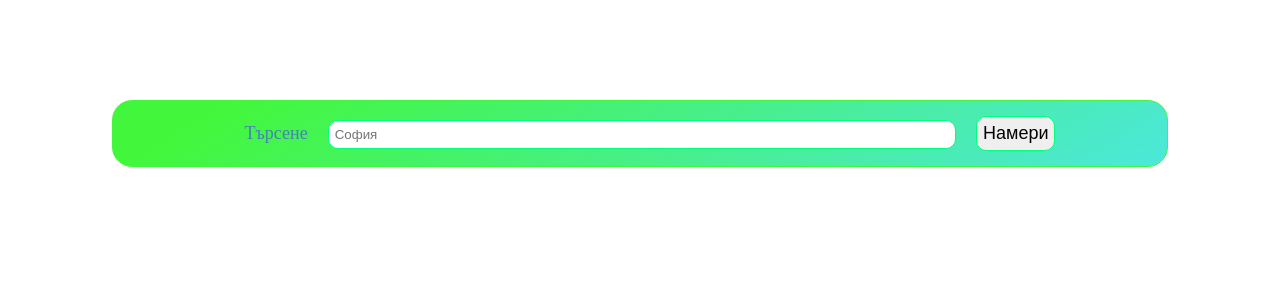
Repository: GeryZlatev/address-search
Page: /
An editor plug-in stored every save of this project. The page is shown before and after the next save, followed by the edit.
The browser window is 1280 px wide. The pictures show the whole page.
The project was rebuilt for these pictures with package versions that can differ from the ones it lists, and the page was loaded fresh each time.

Above is the page before, as saved 2021-04-09 20:15:48.

### src/index.css
body {
margin: 100px auto;
}

code {
  font-family: source-code-pro, Menlo, Monaco, Consolas, 'Courier New',
    monospace;
}

### src/App.js

import './App.css';
import SearchBar from './components/SearchBar';

function App() {
  return (
    <div className="App">
      <SearchBar/>
    </div>
  );
}

export default App;

### src/components/SearchBar/SearchBar.js
import style from './SearchBar.module.css';

const SearchBar = () => {

    return (
        <div className={style["searchbar-wrapper"]}>
            <form className={style["search-form"]}>
                <label htmlFor="search">
                    Търсене
                </label>
                    <input
                    type="text"
                    autoComplete="true"
                    placeholder="София"
                    name="search"
                    id="search"
                    />

                <input
                    type="submit"
                    value="Намери"
                />
            </form>
        </div>
    )

}

export default SearchBar;

### src/components/SearchBar/SearchBar.module.css
.searchbar-wrapper {
    max-width: 80%;
    margin: 40px auto;
    padding: 15px;
    /* display: flex;
    justify-content: space-between; */
    background: rgb(66,247,59);
    background: linear-gradient(148deg, rgba(66,247,59,1) 10%, rgba(76,232,217,1) 99%);
    border: 1px solid #42f73b;
    border-radius: 20px;

}

.search-form {
    max-width: 100%;
}

.search-form label {
    min-width: 600px;
    margin: 20px;
    font-size: large;
    font-weight: 400;
    cursor: pointer;
    color: steelblue;

}

.search-form input[type="text"] {
    min-width: 30%;
    width: 60%;
    min-height: 10%;
    margin-right: 20px;
    padding: 6px;
    outline:springgreen;
    border: 1px solid springgreen;
    border-radius: 10px;
}

.search-form input[type="submit"] {
    font-size: large;
    font-weight: 100;
    padding: 6px;
    border: 1px solid springgreen;
    border-radius: 10px;
}

Loaded but not shown: public/index.html (common file); src/index.js (common file); src/reportWebVitals.js (common file); src/App.css (common file); src/components/SearchBar/index.js (common file)

After the next save:
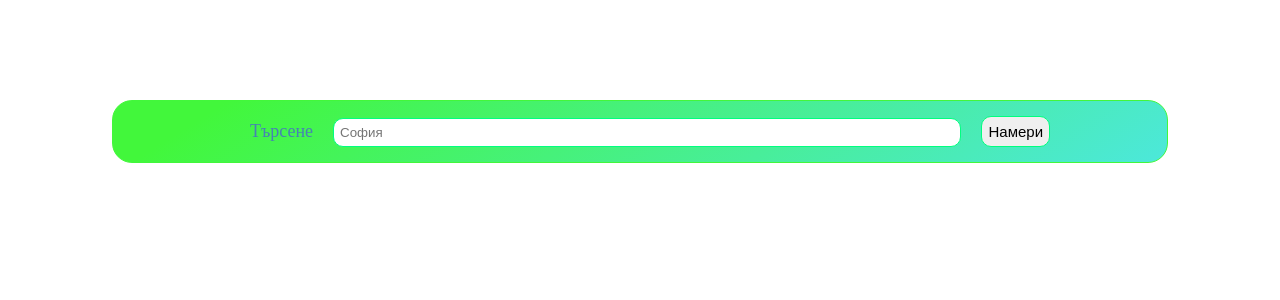
Saved 15 s later.
--- a/src/components/SearchBar/SearchBar.module.css
+++ b/src/components/SearchBar/SearchBar.module.css
@@ -37,7 +37,7 @@
 }
 
 .search-form input[type="submit"] {
-    font-size: large;
+    font-size: 15px;
     font-weight: 100;
     padding: 6px;
     border: 1px solid springgreen;
